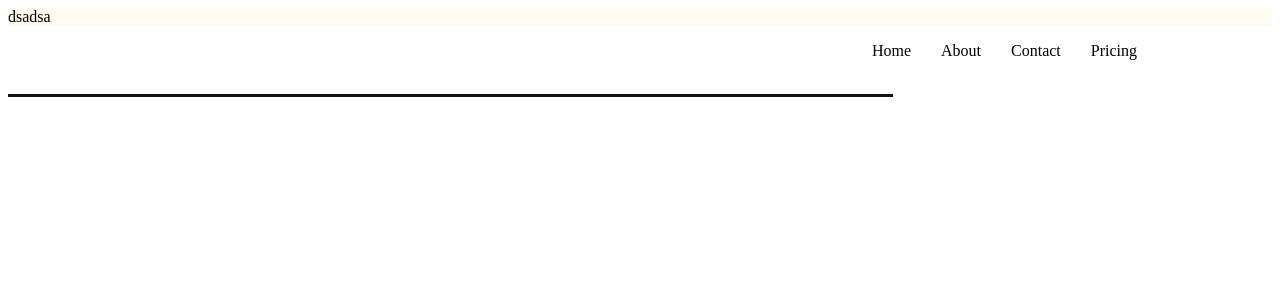
Repository: ngocphuocha/4lifeteam-marketing-agency
Page: index.html
An editor plug-in stored every save of this project. The page is shown before and after the next save, followed by the edit.
The browser window is 1280 px wide. The pictures show the whole page.

Above is the page before, as saved 2023-03-13 14:54:35.

After the next save:
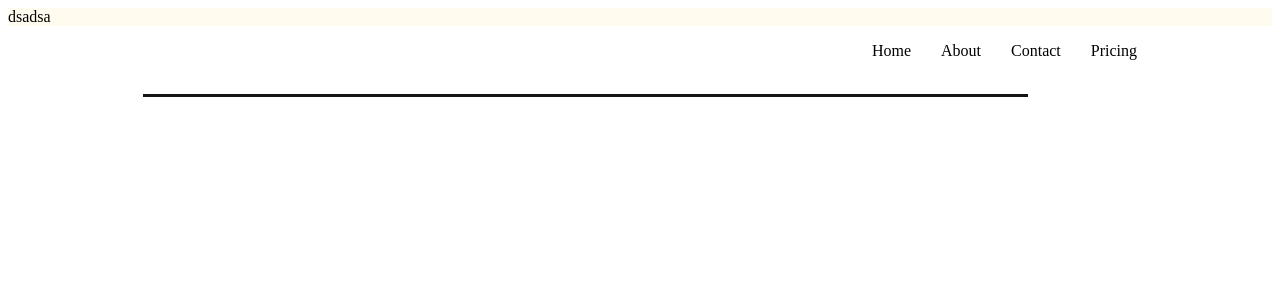
Saved 16 s later.
--- a/css/footer-service.css
+++ b/css/footer-service.css
@@ -28,4 +28,5 @@
     float: left;
     border-bottom: 3px solid rgba(5, 5, 5, 0.938);
     width: 70%;
+    margin-left: 135px;
  }
